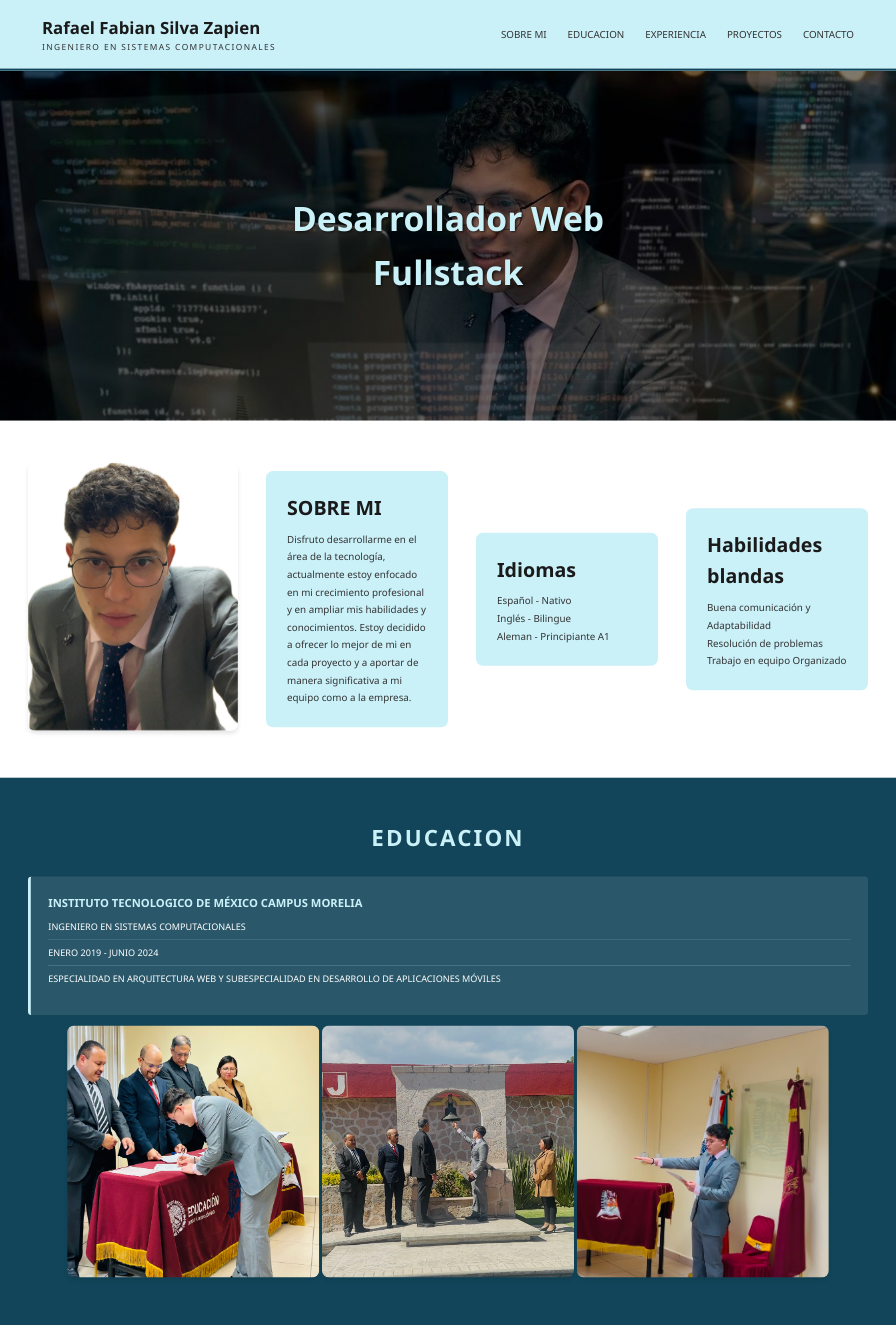
Repository: rafaelsilva2k/mi-portafolio
Page: index.html
These files come from the project's save history. The page is drawn as it stood at one moment and after a run of saves; the edit follows.
The browser window is 1280 px wide. The pictures show the part of the page from y = 0 to 1920 px (the page is 3313 px tall), at 70% of full size.

Above is the page before, as saved 2026-04-17 12:57:05.

### index.html
<!DOCTYPE html>
<html lang="en">
<head>
    <meta charset="UTF-8">
    <meta name="viewport" content="width=device-width, initial-scale=1.0">
    <title>Rafael Fabian Silva Zapien</title>
    <link rel="stylesheet" href="styles.css">
</head>
<body>
    <!-- HEADER: Nombre, Profesión y Menú de Navegación -->
    <header class="header">
        <div class="header-content">
            <div class="logo-section">
                <h1>Rafael Fabian Silva Zapien</h1>
                <p class="profession">INGENIERO EN SISTEMAS COMPUTACIONALES</p>
            </div>

            <nav class="navbar">
                <ul>
                    <li><a href="#sobre-mi">SOBRE MI</a></li>
                    <li><a href="#educacion">EDUCACION</a></li>
                    <li><a href="#experiencia">EXPERIENCIA</a></li>
                    <li><a href="#proyectos">PROYECTOS</a></li>
                    <li><a href="#contacto">CONTACTO</a></li>
                </ul>
            </nav>
        </div>
    </header>

    <!-- HERO SECTION: Imagen grande con texto "Desarrollador Web Fullstack" -->
     <section class="hero">
        <div class="hero-content">
            <h2>Desarrollador Web<br>Fullstack</h2>
        </div>
     </section>

     <!-- SECCIÓN SOBRE MÍ: Foto + Descripción -->
      <section id="sobre-mi" class="sobre-mi">
        <div class="sobre-mi-container">
            <div class="sobre-mi-foto">
                <img src="images/me.png" alt="Rafael Silva">
            </div>
            <div class="sobre-mi-texto">
                <h2>SOBRE MI</h2>
                <p>Disfruto desarrollarme en el área de la tecnología, actualmente estoy enfocado en mi crecimiento profesional y en ampliar mis habilidades y conocimientos. Estoy decidido a ofrecer lo mejor de mi en cada proyecto y a aportar de manera significativa a mi equipo como a la empresa.</p>
            </div>
            <div class="sobre-mi-texto">
                <h2>Idiomas</h2>
                <p>Español - Nativo <br> Inglés - Bilingue <br> Aleman - Principiante A1</p>
            </div>
            <div class="sobre-mi-texto">
                <h2>Habilidades blandas</h2>
                <p>Buena comunicación y Adaptabilidad <br> Resolución de problemas <br> Trabajo en equipo  Organizado</p>
            </div>
        </div>
      </section>

      <!--Seccion de Educacion-->
      <section id="educacion" class="educacion">
        <h2>EDUCACION</h2>
        <div class="educacion-content">
            <div class="educacion-item">
                <h4>INSTITUTO TECNOLOGICO DE MÉXICO CAMPUS MORELIA</h4>
                <p>INGENIERO EN SISTEMAS COMPUTACIONALES</p>
                <p>ENERO 2019 - JUNIO 2024</p>
                <p>ESPECIALIDAD EN ARQUITECTURA WEB Y SUBESPECIALIDAD EN DESARROLLO DE APLICACIONES MÓVILES</p>
            </div>
            <div class="education-item">
                <div class="education-photos">
                    <img src="images/FirmaTitulacion.jpeg">
                    <img src="images/campanaTitulacion.jpeg">
                    <img src="images/titulacion.jpeg">
                </div>
            </div>
        </div>
      </section>

      <section id="experiencia" class="experiencia">
        <h2>EXPERIENCIA PROFESIONAL</h2>
            <div class="experiencia-content">
                <div class="experiencia-item">
                    <h3>HARMAN a Samsung Company</h3>
                    <p>Residencias Profesionales HARMAN, Samsung Company Enero - Junio 2024 </p><br>
                    <h5>PROYECTO DE SALIDAS MISCELÁNEAS</h5>
                    <p></p>Se trabajo en el desarrolló de una página web que permitió a la empresa
                    controlar y gestionar los productos salientes. Además, se coordinó el flujo de
                    aprobación entre diversas áreas como comercio exterior, logística y seguridad. <br> <br>
                    <h5>PROYECTO COSTO DE BIENES VENDIDOS (COGS)</h5>
                    Se trabajo en la automatización el cálculo de COGS e implementó un módulo
                    que agiliza la obtención de datos para el reporte de COGS, logrando un análisis
                    más detallado y una representación gráfica eficaz de la información.</p>
                </div>
                <div class="experiencia-item">
                    <h3>FIRA - Fideicomisos Instituidos en Relación con la Agricultura</h3>
                    <p>Desarrollador Fullstack en FIRA, Morelia Julio 2024 - Actualidad <br> <br>
                    • Migración, mejora y mantenimiento de múltiples aplicaciones institucionales,
                    entre ellas: Mesa de Servicios, Reservación de Salas, Seguimientos SIPOT,
                    Solicitudes INAI, Ingresos Retenciones, SIPOT, entre otras.
                    Aplicaciones desarrolladas en CodeIgniter (PHP), JavaScript, HTML y CSS,
                    en las cuales realicé correcciones críticas, optimizaciones de rendimiento y
                    mejoras funcionales.
                    Implementación de consumo de APIs internas de FIRA (Capital Humano)
                    cuando fue requerido.
                    Sustitución de vistas de Capital Humano en base de datos por procesos
                    internos más eficientes.
                    Todas las aplicaciones intervenidas fueron migradas a SQL Server 2019. <br>
                    • Desarrollo de un módulo completo dentro de la aplicación Reservación de
                    Salas para la gestión y reservación de cargadores eléctricos para vehículos del
                    personal interno.<br>
                    • Colaboración en la aplicación Siniestralidad, desarrollada originalmente en
                    ASP, la cual fue migrada a SQL Server 2019 y sometida a una limpieza y
                    depuración general. Posteriormente se detectaron fallas en el funcionamiento y
                    realicé los ajustes necesarios para su correcta operación.<br>
                    • Participación en la migración de la aplicación Firma Electrónica, actualizando
                    la plataforma de Java 1.4 a Java 17, así como la migración de Tomcat y todos
                    los cambios estructurales requeridos para garantizar compatibilidad y
                    estabilidad.<br>
                    • Elaboración de documentación técnica detallada para todos los proyectos,
                    facilitando futuras tareas de mantenimiento, soporte y transferencia de
                    conocimiento dentro del equipo. Apoyo adicional en la preparación de
                    documentación para describir cambio</p>
                </div>
            </div>
      </section>

      <!--Seccion de proyectos-->
      <section id="proyectos" class="proyectos">
        <h2>PROYECTOS</h2>
        <div class="proyectos-content">
            <div class="proyectos-item">
                <h4>Primer proyecto</h4>
                <img src="" alt="Proyecto-1-name">
            </div>
            <div class="proyectos-item">
                <h4> Segundo proyecto</h4>
                <img src="" alt="Proyecto-2-name">
            </div>
            <div class="proyectos-item">
                <h4>Tercer proyecto</h4>
                <img src="" alt="proyecto-3-name">
            </div>
        </div>
      </section>

      <section id="contacto" class="contacto">
        <h2>Contacto</h2>
        <div class="contacto-content">
            <p>Email: rafaelsilva2k256@gmail.com</p>
            <p>LinkedIn: <a href="www.linkedin.com/in/rafael-fabian-silva-zapien-a124ba247">Perfil de Linkedin</a></p>
            <p>GitHub: <a href="#">Tu GitHub</a></p>
        </div>
      </section>

      <!--footer-->
      <footer class="footer">
        <p>&copy; 2024 Rafael Fabian Silva Zapien. Todos los derechos reservados.</p>
      </footer>

      <script src="script.js"></script>
</body>
</html>

### styles.css
/* ============================================
   RESET Y VARIABLES GLOBALES
   ============================================ */

* {
    margin: 0;
    padding: 0;
    box-sizing: border-box;
}

:root {
    --color-primary: #caf0f8;      /* Amarillo */
    --color-secondary: #124559;    /* Dorado/Marrón */
    --color-dark: #1a1a1a;         /* Negro */
    --color-text: #333333;         /* Texto gris oscuro */
    --color-white: #ffffff;        /* Blanco */
}

body {
    font-family: 'Segoe UI', Tahoma, Geneva, Verdana, sans-serif;
    color: var(--color-text);
    line-height: 1.6;
}

/* ============================================
   HEADER - Menú y nombre
   ============================================ */

.header {
    background-color: var(--color-primary);
    padding: 20px 0;
    border-bottom: 3px solid var(--color-secondary);
    position: sticky;
    top: 0;
    z-index: 100;
}

.header-content {
    max-width: 1200px;
    margin: 0 auto;
    padding: 0 20px;

    /* FLEXBOX: Alinea nombre a la izquierda y menú a la derecha */
    display: flex;
    justify-content: space-between;
    align-items: center;
}

.logo-section h1 {
    font-size: 24px;
    font-weight: bold;
    color: var(--color-dark);
}

.profession {
    font-size: 12px;
    color: var(--color-text);
    letter-spacing: 2px;
}

/* NAVEGACIÓN - Menú horizontal */
.navbar ul {
    list-style: none;

    /* FLEXBOX: Alinea los items del menú horizontalmente */
    display: flex;
    gap: 30px;
}

.navbar a {
    text-decoration: none;
    color: var(--color-text);
    font-size: 14px;
    font-weight: 500;
    transition: color 0.3s ease;
}

.navbar a:hover {
    color: var(--color-secondary);
}

/* ============================================
   HERO SECTION - Imagen grande
   ============================================ */

.hero {
    background: linear-gradient(rgba(0, 0, 0, 0.5), rgba(0, 0, 0, 0.5)),
                url('images/iaGeneratedMe.jpeg');
    background-size: cover;
    background-position: center;
    height: 500px;

    /* FLEXBOX: Centra el texto en el hero */
    display: flex;
    align-items: center;
    justify-content: center;
    text-align: center;
}

.hero-content h2 {
    font-size: 48px;
    color: var(--color-primary);
    font-weight: bold;
    text-shadow: 2px 2px 4px rgba(0, 0, 0, 0.7);
}

/* ============================================
   SECCIÓN SOBRE MÍ
   ============================================ */

.sobre-mi {
    padding: 60px 20px;
    background-color: var(--color-white);
}

.sobre-mi-container {
    max-width: 1200px;
    margin: 0 auto;

    /* FLEXBOX: Alinea foto a la izquierda y texto a la derecha */
    display: flex;
    gap: 40px;
    align-items: center;
}

.sobre-mi-foto {
    flex: 0 0 300px;  /* Ancho fijo de 300px */
}

.sobre-mi-foto img {
    width: 100%;
    border-radius: 10px;
    box-shadow: 0 4px 6px rgba(0, 0, 0, 0.1);
}

.sobre-mi-texto {
    flex: 1;  /* Ocupa el espacio restante */
    background-color: var(--color-primary);
    padding: 30px;
    border-radius: 10px;
}

.sobre-mi-texto h2 {
    font-size: 28px;
    margin-bottom: 10px;
    color: var(--color-dark);
}

.sobre-mi-texto h3 {
    font-size: 14px;
    letter-spacing: 2px;
    margin-bottom: 20px;
    color: var(--color-secondary);
}

.sobre-mi-texto p {
    font-size: 14px;
    line-height: 1.8;
    color: var(--color-text);
}

/* ============================================
   SECCIÓN EDUCACIÓN
   ============================================ */

.educacion {
    padding: 60px 20px;
    background-color: var(--color-secondary);
    color: var(--color-white);
}

.educacion h2 {
    font-size: 32px;
    margin-bottom: 30px;
    text-align: center;
    color: var(--color-primary);
    letter-spacing: 3px;
}

.educacion-content {
    max-width: 1200px;
    margin: 0 auto;
}

.educacion-item {
    background-color: rgba(255, 255, 255, 0.1);
    padding: 25px;
    margin-bottom: 15px;
    border-left: 4px solid var(--color-primary);
    border-radius: 5px;
}

.educacion-item h4 {
    font-size: 16px;
    margin-bottom: 10px;
    color: var(--color-primary);
}

.educacion-item p {
    font-size: 13px;
    margin-bottom: 8px;
    padding-bottom: 8px;
    border-bottom: 1px solid rgba(255, 255, 255, 0.2);
}

.educacion-item p:last-child {
    border-bottom: none;
}

.education-photos {
    flex: 0 0 300px;  /* Ancho fijo de 300px */
    text-align: center;
}

.education-photos img {
    width: 30%;
    border-radius: 10px;
    box-shadow: 0 4px 6px rgba(0, 0, 0, 0.1);
}

/* ============================================
   SECCIÓN EXPERIENCIA
   ============================================ */

.experiencia {
    padding: 60px 20px;
    background-color: var(--color-white);
}

.experiencia h2 {
    font-size: 32px;
    margin-bottom: 30px;
    text-align: center;
    color: var(--color-secondary);
    letter-spacing: 3px;
}

.experiencia-content {
    max-width: 1200px;
    margin: 0 auto;

    /* FLEXBOX: Coloca los items uno al lado del otro */
    display: flex;
    gap: 30px;
}

.experiencia-item {
    flex: 1;
    background-color: var(--color-primary);
    padding: 25px;
    border-radius: 8px;
    border-left: 4px solid var(--color-secondary);
}

.experiencia-item h4 {
    font-size: 16px;
    margin-bottom: 10px;
    color: var(--color-dark);
}

.experiencia-item p {
    font-size: 13px;
    color: var(--color-text);
}

/* ============================================
   SECCIÓN PROYECTOS
   ============================================ */

.proyectos {
    padding: 60px 20px;
    background-color: var(--color-primary);
}

.proyectos h2 {
    font-size: 32px;
    margin-bottom: 30px;
    text-align: center;
    color: var(--color-secondary);
    letter-spacing: 3px;
}

.proyectos-content {
    max-width: 1200px;
    margin: 0 auto;

    /* FLEXBOX: Coloca las tarjetas en 3 columnas */
    display: flex;
    gap: 25px;
    justify-content: space-between;
}

.proyectos-item {
    flex: 1;
    background-color: var(--color-white);
    padding: 20px;
    border-radius: 8px;
    box-shadow: 0 2px 8px rgba(0, 0, 0, 0.1);
    transition: transform 0.3s ease;
}

.proyectos-item:hover {
    transform: translateY(-5px);
}

.proyectos-item h4 {
    font-size: 16px;
    margin-bottom: 15px;
    color: var(--color-dark);
}

.proyectos-item img {
    width: 100%;
    height: 200px;
    object-fit: cover;
    border-radius: 5px;
    background-color: var(--color-secondary);
}

/* ============================================
   SECCIÓN CONTACTO
   ============================================ */

.contacto {
    padding: 60px 20px;
    background-color: var(--color-secondary);
    color: var(--color-white);
    text-align: center;
}

.contacto h2 {
    font-size: 32px;
    margin-bottom: 30px;
    color: var(--color-primary);
    letter-spacing: 3px;
}

.contacto-content {
    max-width: 600px;
    margin: 0 auto;
    font-size: 14px;
    line-height: 2;
}

.contacto-content a {
    color: var(--color-primary);
    text-decoration: none;
    font-weight: bold;
}

.contacto-content a:hover {
    text-decoration: underline;
}

/* ============================================
   FOOTER
   ============================================ */

.footer {
    background-color: var(--color-dark);
    color: var(--color-white);
    text-align: center;
    padding: 20px;
    font-size: 12px;
}

/* ============================================
   RESPONSIVE - Para dispositivos móviles
   ============================================ */

@media (max-width: 768px) {
    .header-content {
        flex-direction: column;
        gap: 20px;
    }

    .navbar ul {
        gap: 15px;
        font-size: 12px;
    }

    .sobre-mi-container {
        flex-direction: column;
    }

    .sobre-mi-foto {
        flex: 0 0 200px;
    }

    .experiencia-content {
        flex-direction: column;
    }

    .proyectos-content {
        flex-direction: column;
    }

    .hero-content h2 {
        font-size: 32px;
    }
}

Loaded but not shown: script.js (no copy from this time; the picture is the same without it)

After the next 2 saves:
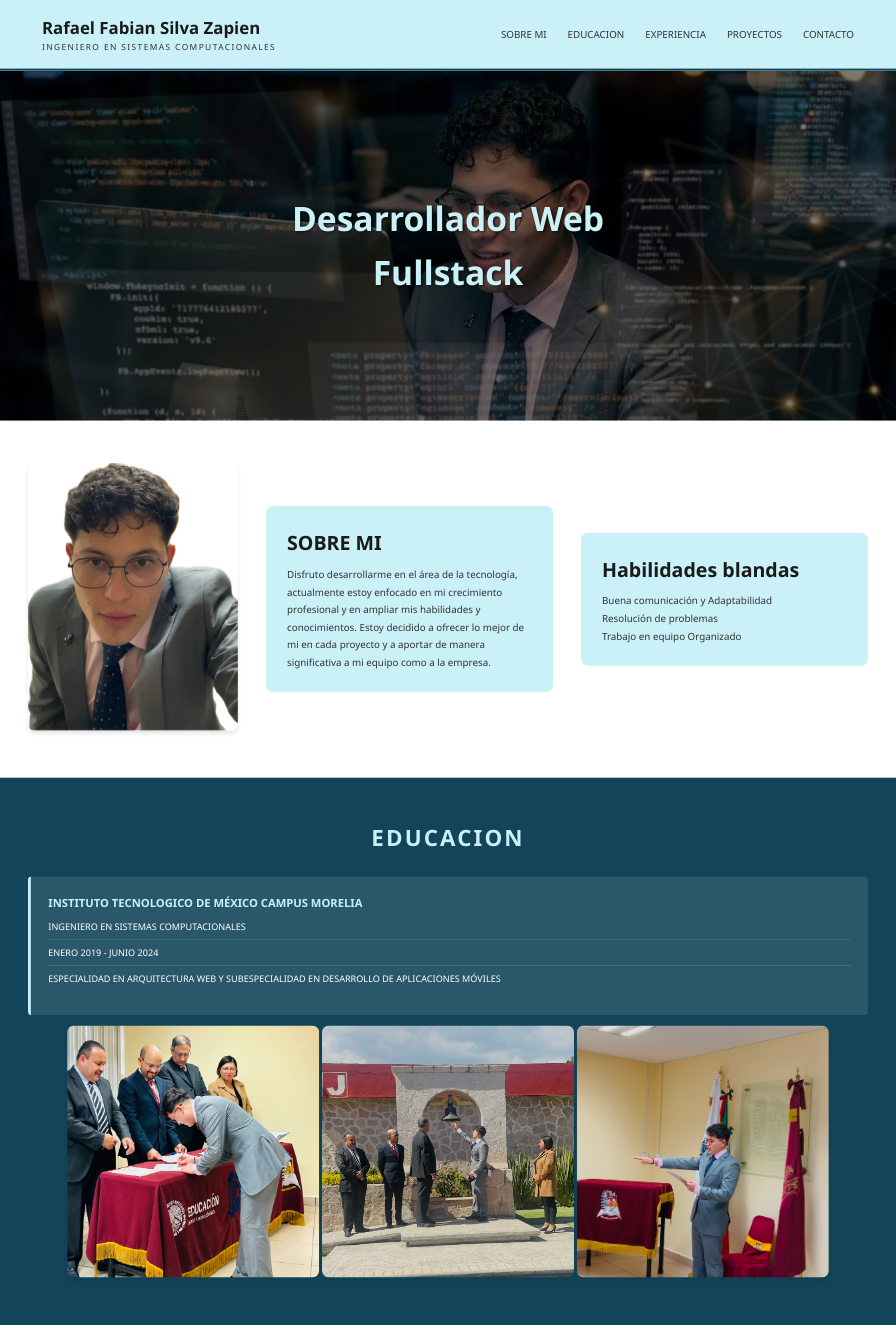
The 2 saves are shown as one change because they came seconds apart.
The last was saved 63 s later.
--- a/index.html
+++ b/index.html
@@ -43,10 +43,6 @@
             <div class="sobre-mi-texto">
                 <h2>SOBRE MI</h2>
                 <p>Disfruto desarrollarme en el área de la tecnología, actualmente estoy enfocado en mi crecimiento profesional y en ampliar mis habilidades y conocimientos. Estoy decidido a ofrecer lo mejor de mi en cada proyecto y a aportar de manera significativa a mi equipo como a la empresa.</p>
-            </div>
-            <div class="sobre-mi-texto">
-                <h2>Idiomas</h2>
-                <p>Español - Nativo <br> Inglés - Bilingue <br> Aleman - Principiante A1</p>
             </div>
             <div class="sobre-mi-texto">
                 <h2>Habilidades blandas</h2>
